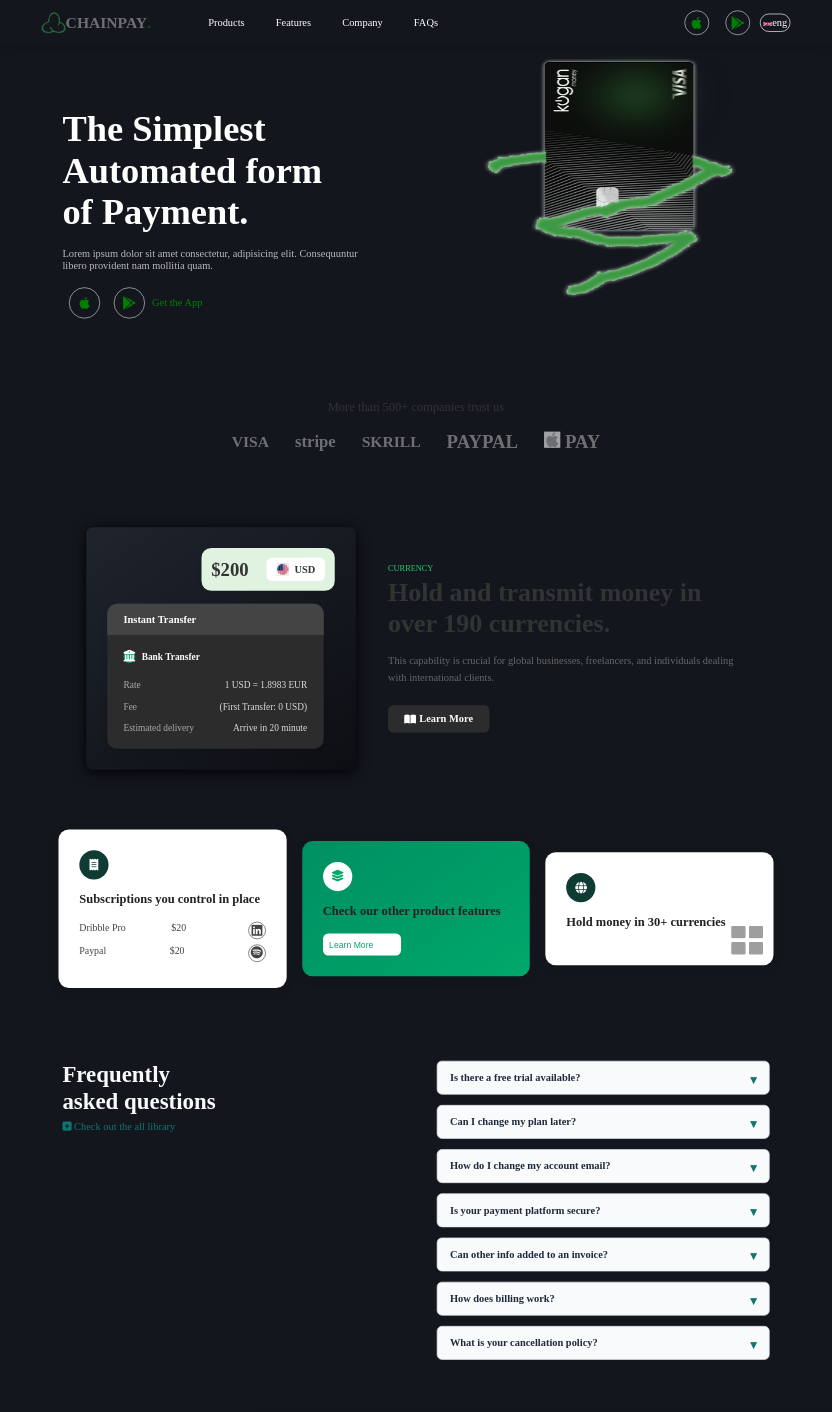
Repository: Austinokezie/Fintech-landing-page
Page: Chainpay.html
These files come from the project's save history. The page is drawn as it stood at one moment and after the next save; the edit follows.
The browser window is 1280 px wide. The pictures show the whole page, at 65% of full size.
Pictures or frames that could not be fetched are drawn as grey boxes. Some web libraries are served in a nearby version.

Above is the page before, as saved 2025-10-15 23:19:24.

After the next save:
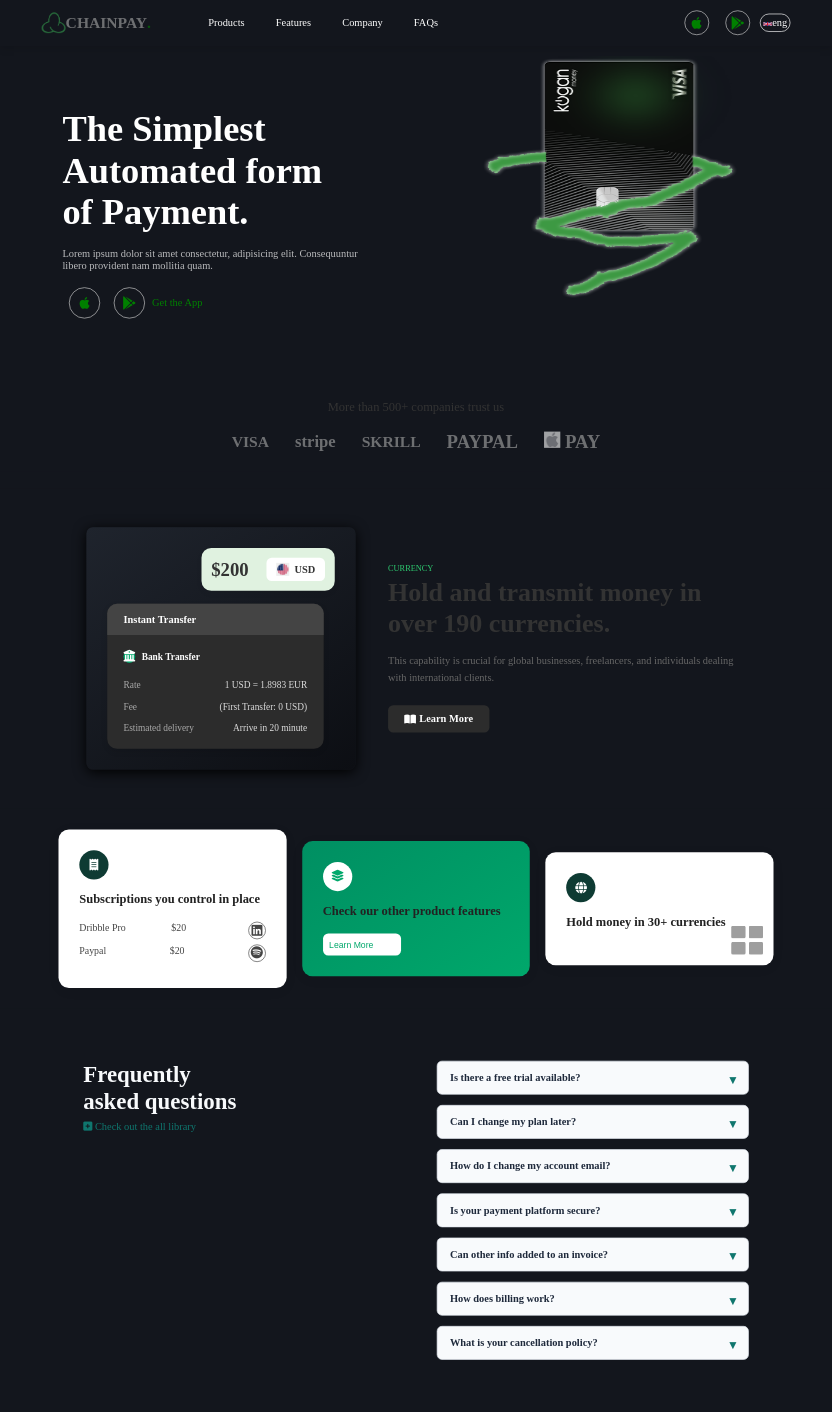
Saved 11 s later.
--- a/Chainpay.css
+++ b/Chainpay.css
@@ -540,7 +540,7 @@
   justify-content: space-between;
   align-items: flex-start;
   gap: 4rem;
-  padding: 5rem 6rem;
+  padding: 5rem 8rem;
   background-color: #13161d;
   color: #f8fafc;
 }
